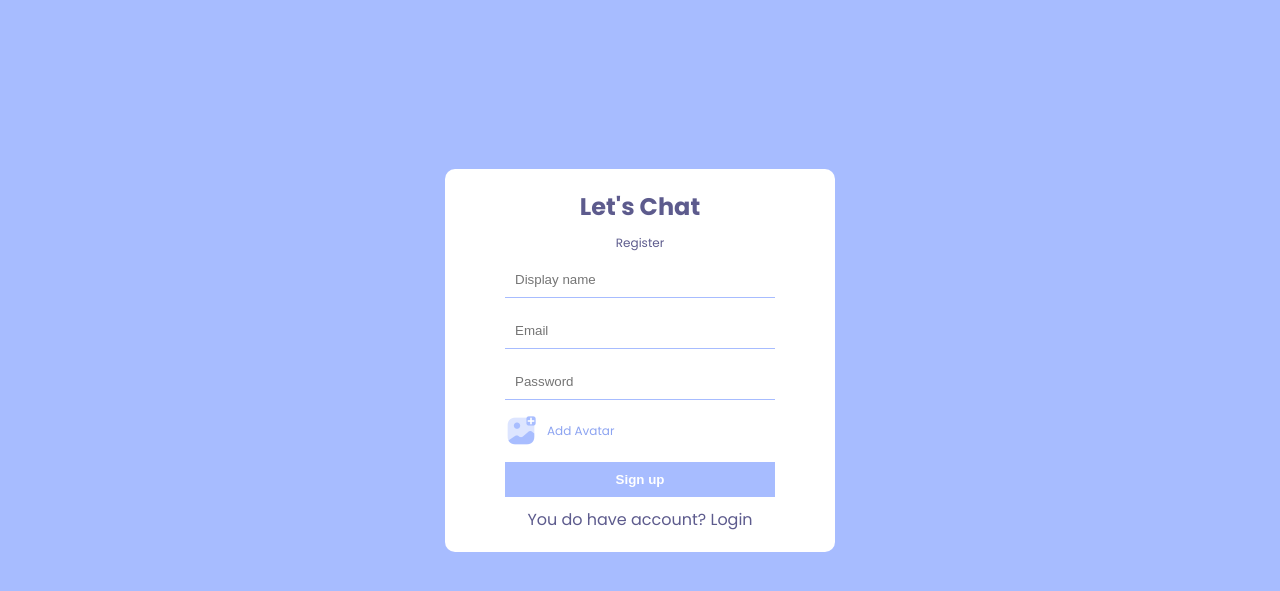
Repository: shikubro90/chatapp
Page: /
These files come from the project's save history. The page is drawn as it stood at one moment and after a run of saves; the edit follows.
The browser window is 1280 px wide. The pictures show the whole page.
The project was rebuilt for these pictures with package versions that can differ from the ones it lists, and the page was loaded fresh each time.

Above is the page before, as saved 2022-09-08 16:19:12.

### src/App.js
import './App.css';
import Register from './pages/Register';
import './style.scss'

function App() {
  return (
    <div className="App">
      <Register/>
    </div>
  );
}

export default App;

### src/App.css
@import url(https://fonts.googleapis.com/css?family=Poppins:100,100italic,200,200italic,300,300italic,regular,italic,500,500italic,600,600italic,700,700italic,800,800italic,900,900italic);



*{
  margin: 0;
  padding: 0;
}

body,html{
  font-family: "Poppins", sans-serif, system-ui, -apple-system, BlinkMacSystemFont, 'Segoe UI', Roboto, Oxygen, Ubuntu, Cantarell, 'Open Sans', 'Helvetica Neue', sans-serif;
  box-sizing: border-box;
}


/* .App {
  text-align: center;
}

.App-logo {
  height: 40vmin;
  pointer-events: none;
}

@media (prefers-reduced-motion: no-preference) {
  .App-logo {
    animation: App-logo-spin infinite 20s linear;
  }
}

.App-header {
  background-color: #282c34;
  min-height: 100vh;
  display: flex;
  flex-direction: column;
  align-items: center;
  justify-content: center;
  font-size: calc(10px + 2vmin);
  color: white;
}

.App-link {
  color: #61dafb;
}

@keyframes App-logo-spin {
  from {
    transform: rotate(0deg);
  }
  to {
    transform: rotate(360deg);
  }
} */

### src/pages/Register.jsx
import Add from '../img/addAvatar.png'

const Register = () => {
  return (
    <div className='formContainer'>
        <div className="formWrapper">

            <span className='logo'>Let's Chat</span>
            <span className='title'>Register</span>

            <form action="">
                <input type="text" placeholder='Display name' />
                <input type="email" placeholder='Email'/>
                <input type="password" placeholder='Password'/>
                <input type="file" style={{display:"none"}} id="file" />
                <label htmlFor="file">
                  <img src={Add} alt="" />
                  <span>Add Avatar</span>
                </label>
                <button>Sign up</button>
            </form>

            <p>You do have account? Login</p>

        </div>
    </div>
  )
}

export default Register

### src/style.scss
.formContainer{
    background-color: #a7bcff;
    height: 100vh;
    display: flex;
    align-items: center;
    justify-content: center;

    .formWrapper{

        background-color: white;
        padding: 20px 60px;
        border-radius: 10px;
        display: flex;
        flex-direction: column;
        gap: 10px;
        align-items: center;

        form{

            display: flex;
            flex-direction: column;
            gap: 15px;

            input{
                padding: 10px 10px;
                min-width: 250px;
                border: none;
                border-bottom: 1px solid #a7bcff;
                outline: none;
            }&::placeholder{
                color: rgba(175, 175, 175);
            }

            button{
                background-color: #a7bcff;
                color: white;
                padding: 10px;
                font-weight: bold;
                border: none;
                cursor: pointer;
            }

            label{
                display: flex;
                align-items: center;
                color: #8da4f1;
                gap: 10px;
                font-size: 12px;
                cursor: pointer;

                img{
                    width: 32px;
                }
            }
        }

        p{
            color: #5d5b8d;

        }

        .logo{
            color: #5d5b8d;
            font-weight: bold;
            font-size: 24px;
        }

        .title{
            color: #5d5b8d;
            font-size: 12px;
        }
    }
}

### src/pages/Login.jsx
const Login = () => {
    return (
      <div className='formContainer'>
          <div className="formWrapper">

              <span className='logo'>Let's Chat</span>
              <span className='title'>Register</span>

              <form action="">
                  <input type="text" placeholder='Display name' />
                  <input type="email" placeholder='Email'/>
                  <input type="password" placeholder='Password'/>
                  <button>Sign In</button>
              </form>

              <p>You don't have an account? Register</p>

          </div>
      </div>
    )
  }

  export default Login

Loaded but not shown: src/index.js (common file)

After the next 3 saves:
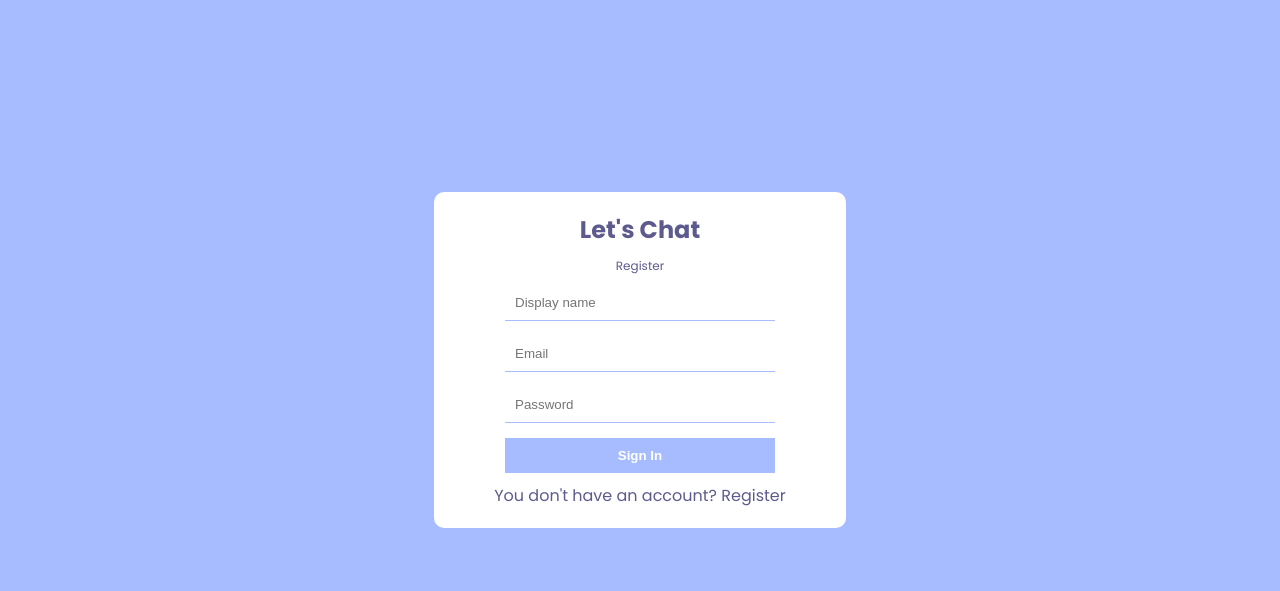
The 3 saves are shown as one change because they came seconds apart.
The last was saved 19 s later.
--- a/src/App.js
+++ b/src/App.js
@@ -1,11 +1,13 @@
 import './App.css';
+import Login from './pages/Login';
 import Register from './pages/Register';
 import './style.scss'
 
 function App() {
   return (
     <div className="App">
-      <Register/>
+      {/* <Register/> */}
+      <Login/>
     </div>
   );
 }
